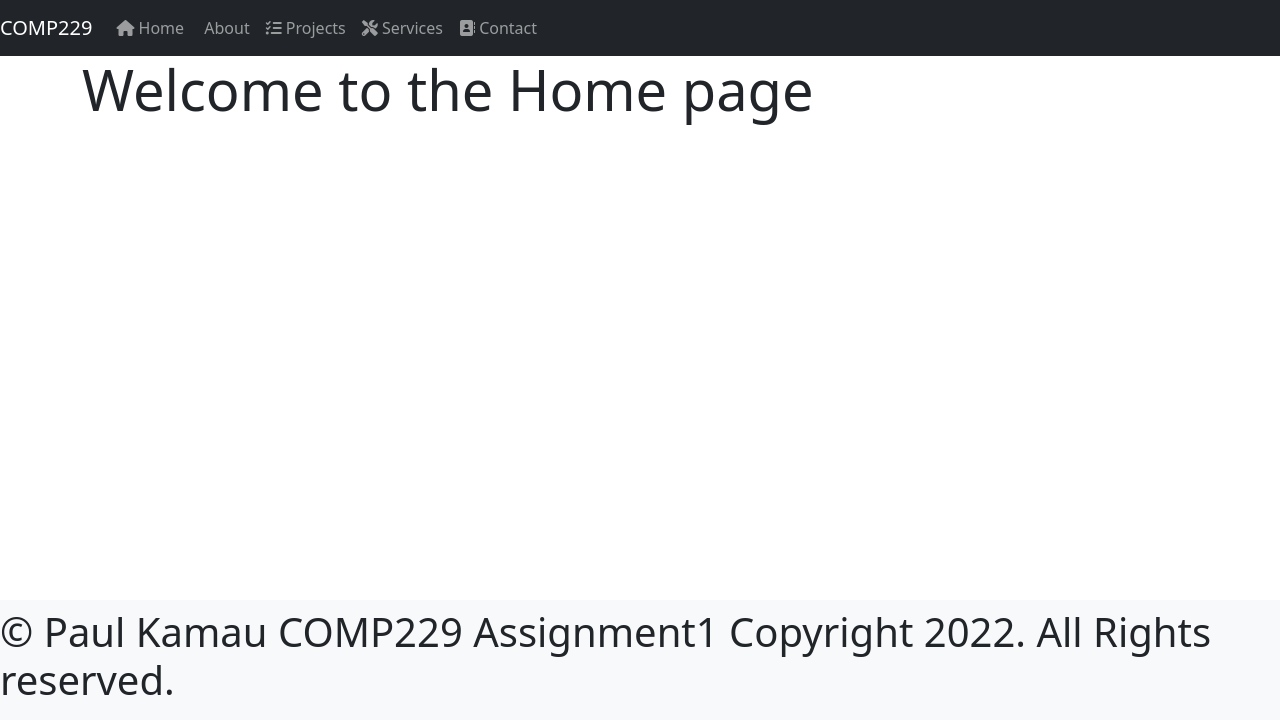
Repository: kiruriluap/COMP229-M2022-Labs
Page: http://localhost/home
These files come from the project's save history. The page is drawn as it stood at one moment and after the next save; the edit follows.
The browser window is 1280 px wide. The pictures show the whole page.
The page is served by the project's Node server (server.js).

Above is the page before, as saved 2022-05-28 18:10:19.

After the next save:
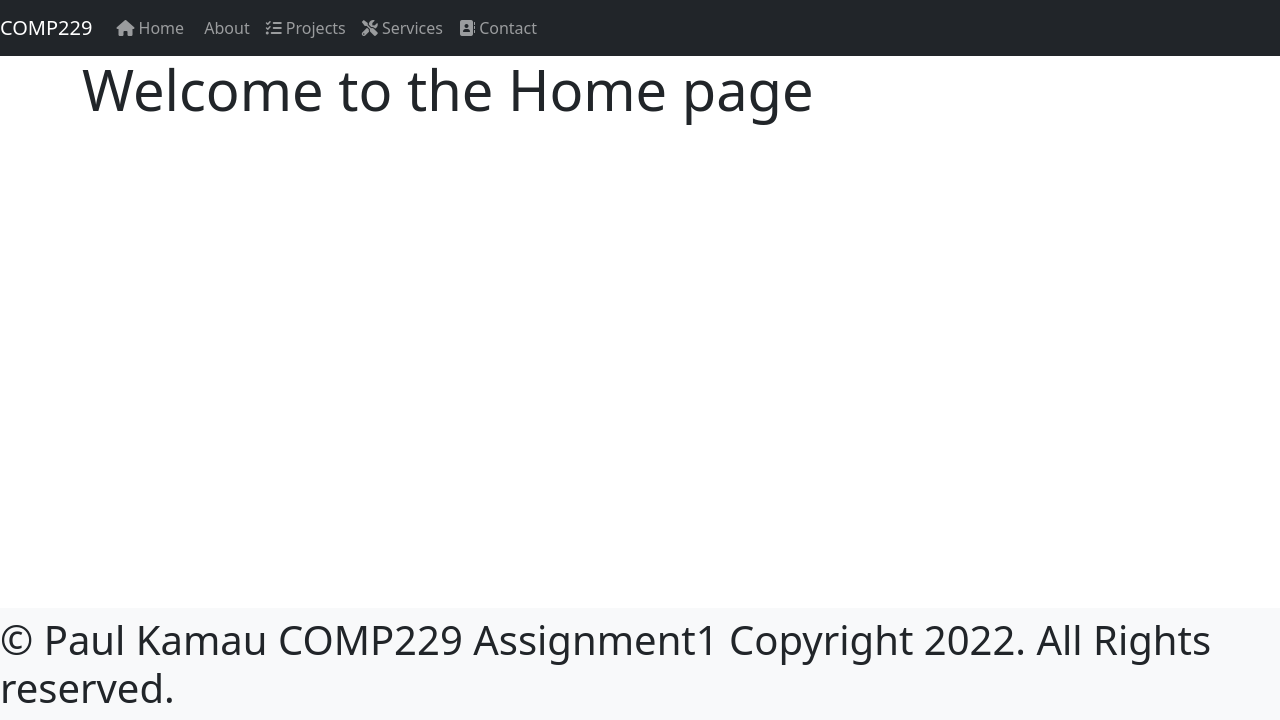
Saved 36 s later.
--- a/week3-6 Partials - Copy - Copy/views/index.ejs
+++ b/week3-6 Partials - Copy - Copy/views/index.ejs
@@ -79,7 +79,7 @@
 <!--Bottom Nav-->
 <footer>
   <nav class="navbar fixed-bottom navbar-light bg-light">
-  <h1 class="display-6">&copy; Paul Kamau COMP229 Assignment1 Copyright 2022. All Rights reserved.</h1>
+  <h8 class="display-6">&copy; Paul Kamau COMP229 Assignment1 Copyright 2022. All Rights reserved.</h8>
 </nav>
   </footer>
 

After the save that followed:
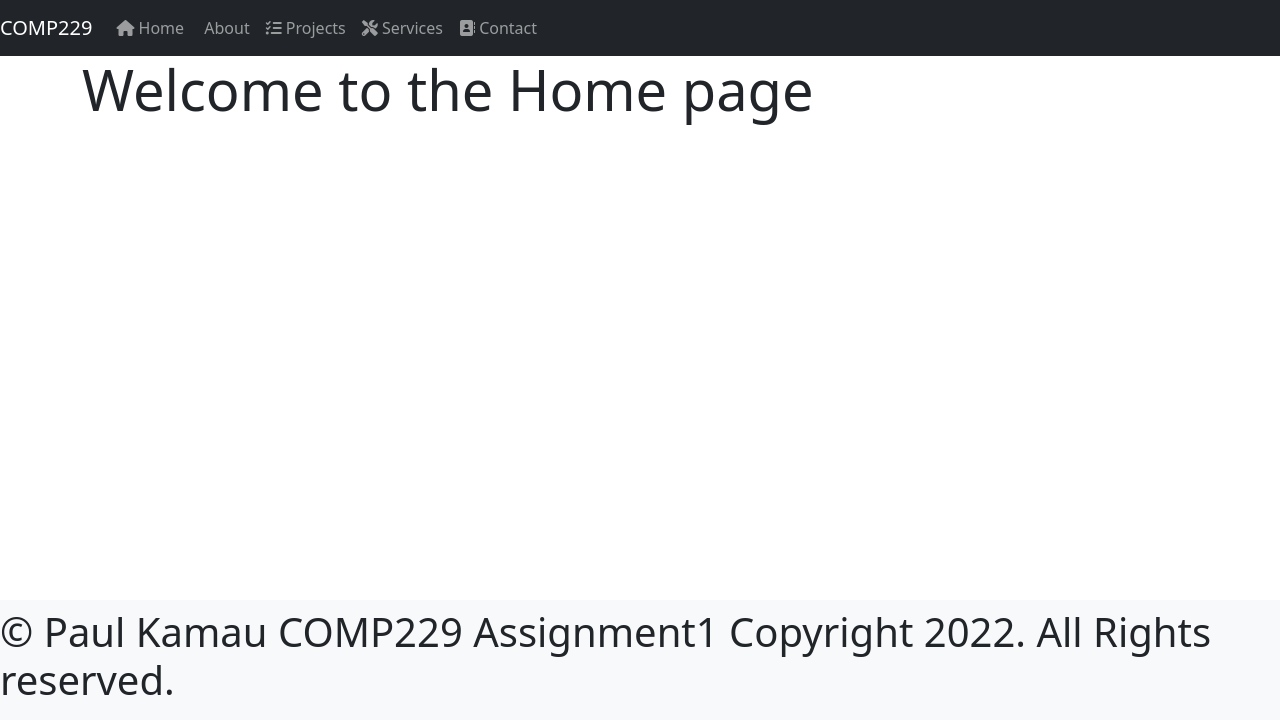
Saved 5 s later.
--- a/week3-6 Partials - Copy - Copy/views/index.ejs
+++ b/week3-6 Partials - Copy - Copy/views/index.ejs
@@ -79,7 +79,7 @@
 <!--Bottom Nav-->
 <footer>
   <nav class="navbar fixed-bottom navbar-light bg-light">
-  <h8 class="display-6">&copy; Paul Kamau COMP229 Assignment1 Copyright 2022. All Rights reserved.</h8>
+  <h6 class="display-6">&copy; Paul Kamau COMP229 Assignment1 Copyright 2022. All Rights reserved.</h6>
 </nav>
   </footer>
 
